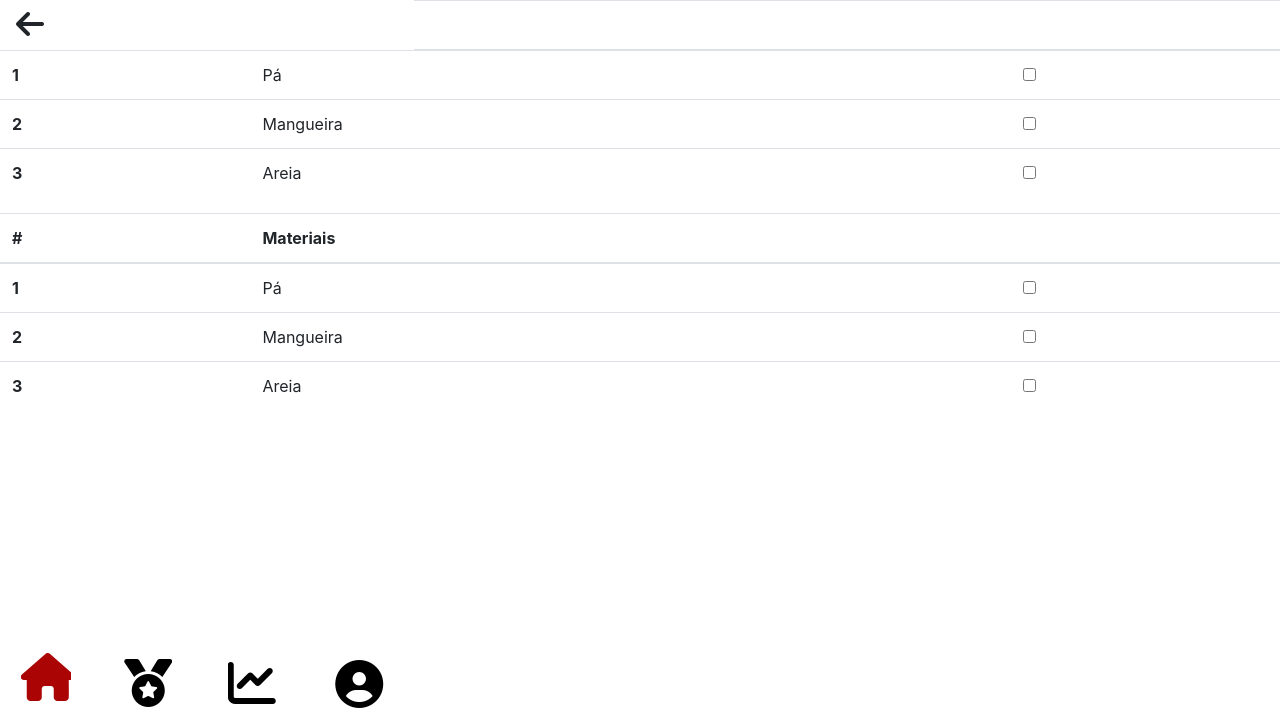
Repository: grupodetrabalhoeficiente/D213
Page: D213/Frontend/ConfirmarMateriais.html
The author's editor kept a record of every edit. The page is drawn from the files as they stood at one moment, then again after the next edit.
The browser window is 1280 px wide. The pictures show the whole page.
Some web libraries are served in a nearby version.

Above is the page before.

After the next edit:
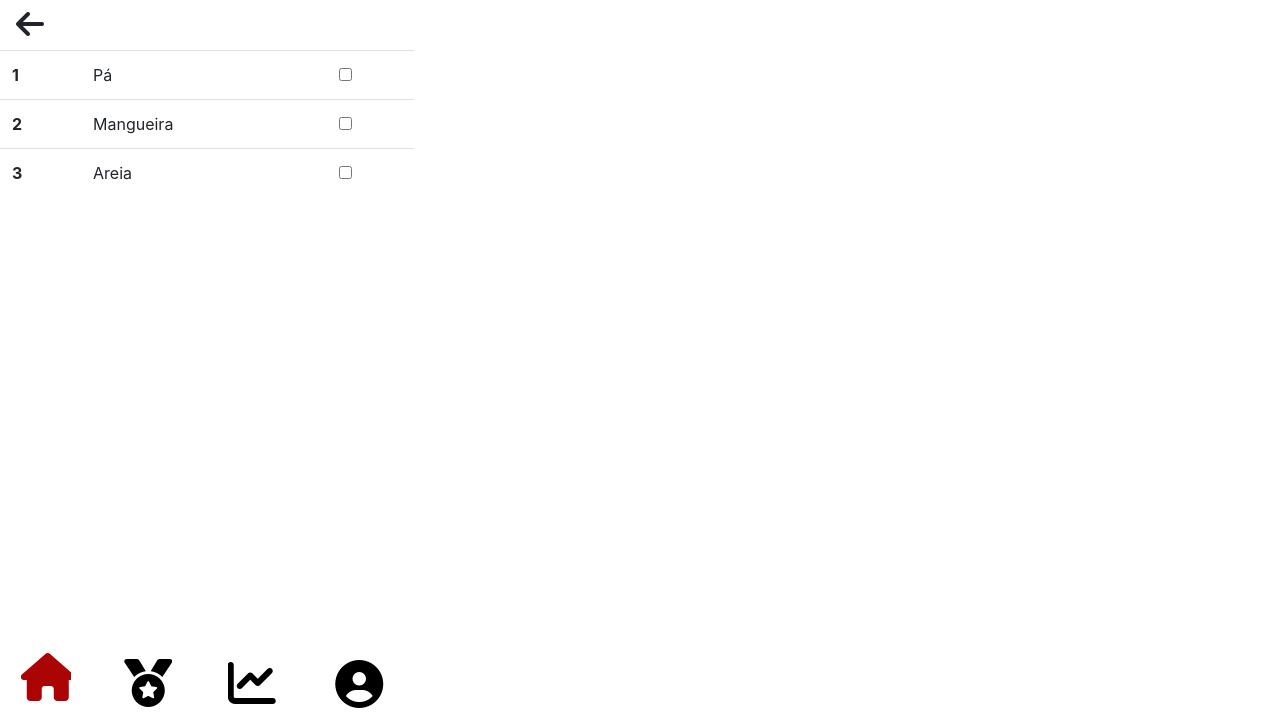
The edit:
--- a/D213/Frontend/ConfirmarMateriais.html
+++ b/D213/Frontend/ConfirmarMateriais.html
@@ -11,58 +11,7 @@
     <title>Secure4All</title>
     </head>
     <body>
-        <!--navbar-->
-    <nav class="navbar fixed-top">
-        <a><i id="goBack"class="fas fa-arrow-left fa-2x"></i></a>
-        <span class="title"></span>
-    </nav>
-    <!--tabela-->
-    <table class="table">
-  <thead>
-    <tr>
-      <th scope="col">#</th>
-      <th scope="col">Materiais</th>
-      <th scope="col"></th>
-    </tr>
-  </thead>
-  <tbody>
-    <tr>
-      <th scope="row">1</th>
-      <td>Pá</td>
-      <td>
-          <input type="checkbox" class="MaterialCheck"/>
-      </td>
-    </tr>
-    <tr>
-      <th scope="row">2</th>
-      <td>Mangueira</td>
-      <td>
-        <input type="checkbox" class="MaterialCheck"/>
-      </td>
-    </tr>
-    <tr>
-      <th scope="row">3</th>
-      <td>Areia</td>
-      <td>
-         <input type="checkbox" class="MaterialCheck"/>
-      </td>
-    </tr>
-  </tbody>
-</table>
-    </body>
-</html><!DOCTYPE html>
-<html>
-    <head>
-        <meta charset="utf-8">
-    <meta name="viewport" content="width=device-width, initial-scale=1, maximum-scale=1, user-scalable=no">
-    <link href="https://fonts.googleapis.com/css?family=Inter&display=swap" rel="stylesheet" />
-    <link href="https://fonts.googleapis.com/css?family=Roboto&display=swap" rel="stylesheet" />
-    <link href="./ConfirmarMateriais.css" rel="stylesheet" />
-    <link rel="stylesheet" href="https://cdn.jsdelivr.net/npm/bootstrap@4.5.3/dist/css/bootstrap.min.css" integrity="sha384-TX8t27EcRE3e/ihU7zmQxVncDAy5uIKz4rEkgIXeMed4M0jlfIDPvg6uqKI2xXr2" crossorigin="anonymous">
-    <script src="https://kit.fontawesome.com/e195162fd2.js" crossorigin="anonymous"></script>
-    <title>Secure4All</title>
-    </head>
-    <body>
+  <div class="screen">
         <!--navbar-->
     <nav class="navbar fixed-top">
         <a><i id="goBack"class="fas fa-arrow-left fa-2x"></i></a>
